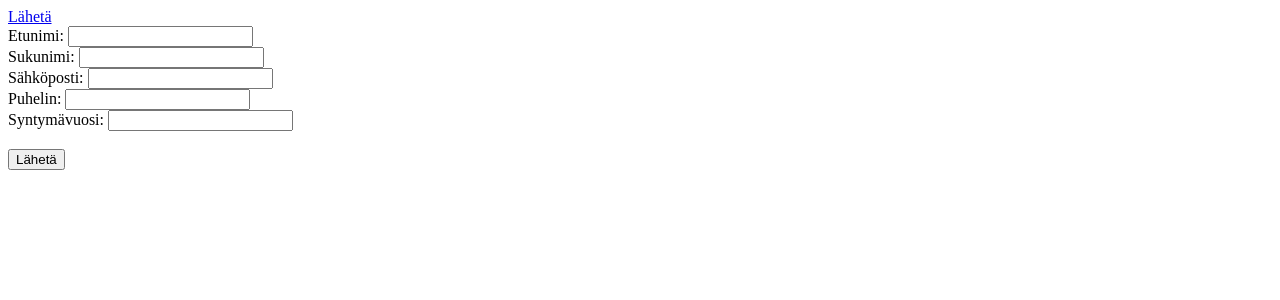
Repository: Zonkku/Valmistautuminen
Page: http://localhost/Kommunikaatio/Kysy.jsp
An editor plug-in stored every save of this project. The page is shown before and after the next save, followed by the edit.
The browser window is 1280 px wide. The pictures show the whole page.
The page is served by Tomcat 9.

Above is the page before, as saved 2020-04-19 08:05:01.

### Kommunikaatio/WebContent/Kysy.jsp
<%@ page language="java" contentType="text/html; charset=ISO-8859-1"
    pageEncoding="ISO-8859-1"%>
<!DOCTYPE html>
<html>
<head>
<meta charset="ISO-8859-1">

<title>Kysytään henkilötiedot</title>
</head>
<body>

<a href="nayta.jsp?etunimi=Sonja&sukunimi=Karki">Lähetä</a>

<form action="nayta.jsp" method="POST">
	Etunimi: <input type="text" name="etunimi"><br>
	Sukunimi: <input type="text" name="sukunimi"><br>
	Sähköposti: <input type="text" name="sposti"><br>
	Puhelin: <input type="text" name="puhelin"><br>
	Syntymävuosi: <input type="text" name="svuosi"><br><br>
	<input type="submit" value="Lähetä">
</form>


</body>
</html>

After the next save:
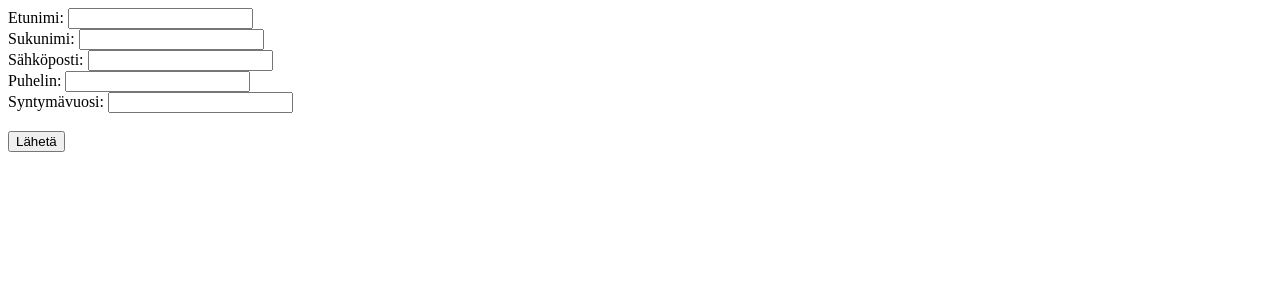
Saved 62 s later.
--- a/Kommunikaatio/WebContent/Kysy.jsp
+++ b/Kommunikaatio/WebContent/Kysy.jsp
@@ -9,7 +9,6 @@
 </head>
 <body>
 
-<a href="nayta.jsp?etunimi=Sonja&sukunimi=Karki">Lähetä</a>
 
 <form action="nayta.jsp" method="POST">
 	Etunimi: <input type="text" name="etunimi"><br>
